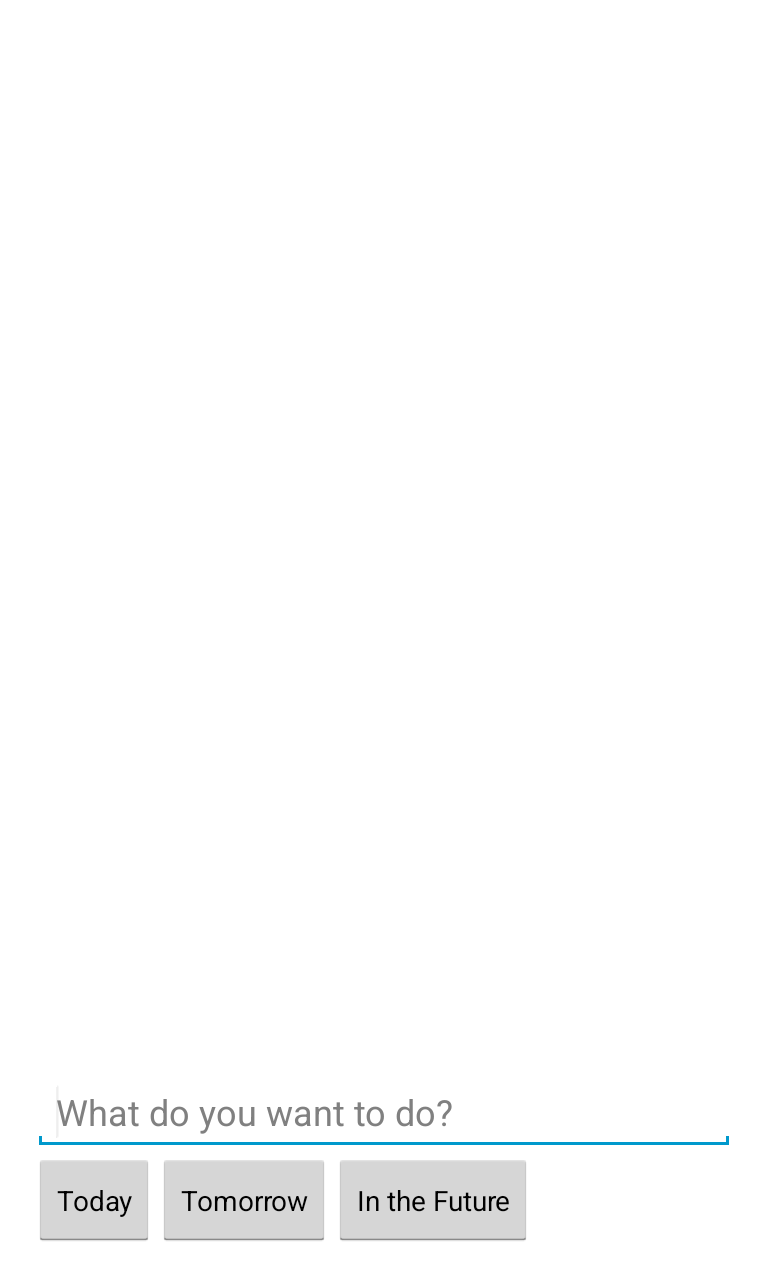
Repository: heatherpriceonline/tapia2014
Layout: Now/res/layout/activity_main.xml
An editor plug-in stored every save of this project. The layout is shown before and after the next save, followed by the edit.
It is drawn on a 768 x 1280 px phone screen (xhdpi) without system bars, with theme AppTheme; the app's code is not run.

Above is the layout before, as saved 2014-02-08 22:05:45.

After the next save:
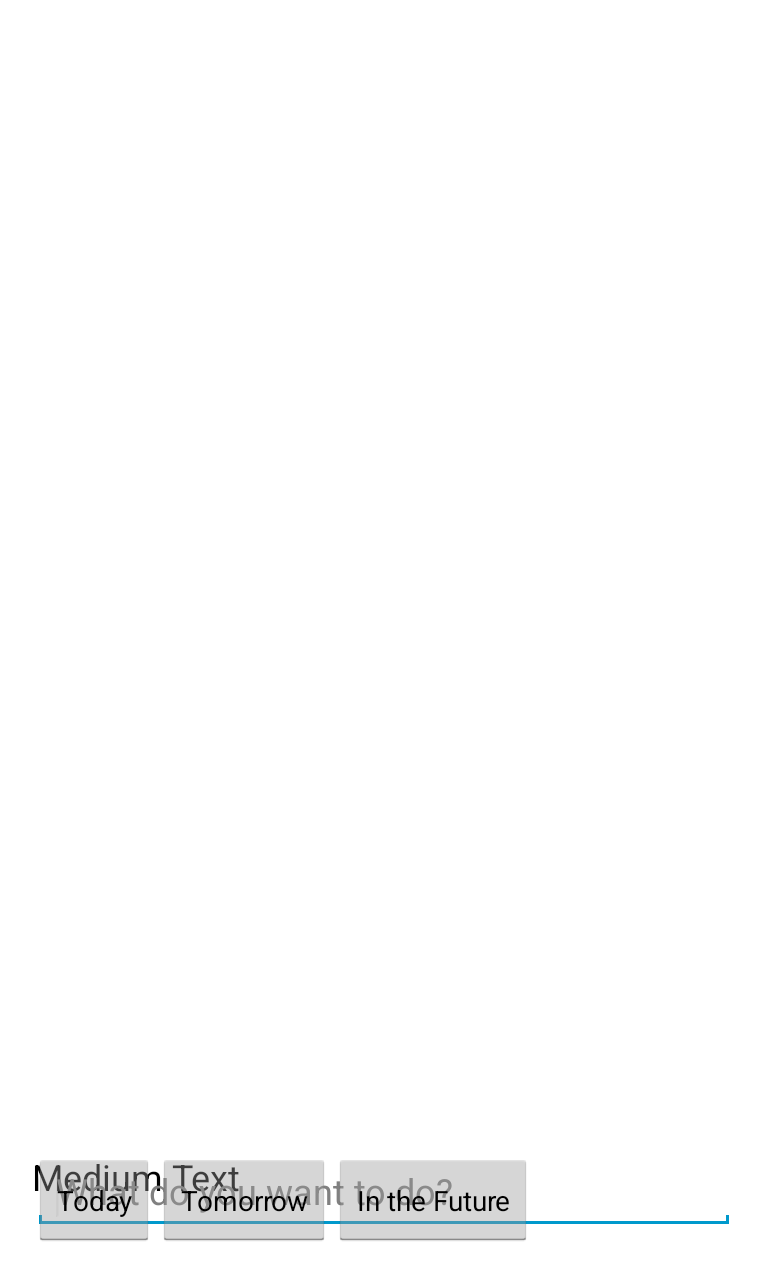
Saved 5 min 52 s later.
--- a/Now/res/layout/activity_main.xml
+++ b/Now/res/layout/activity_main.xml
@@ -31,12 +31,19 @@
                 android:layout_width="match_parent"
                 android:layout_height="match_parent" >
 
-           		<LinearLayout
+           		<RelativeLayout
                     android:id="@+id/Today"
                     android:layout_width="match_parent"
                     android:layout_height="match_parent"
                     android:gravity="bottom"
                     android:orientation="vertical" >
+
+           			<TextView
+           			    android:id="@+id/textView1"
+           			    android:layout_width="wrap_content"
+           			    android:layout_height="wrap_content"
+           			    android:text="Medium Text"
+           			    android:textAppearance="?android:attr/textAppearanceMedium" />
 
                     <EditText
                         android:id="@+id/todoText"
@@ -75,7 +82,7 @@
 
                     </LinearLayout>
 
-				</LinearLayout>
+				</RelativeLayout>
                 <LinearLayout
                     android:id="@+id/Tomorrow"
                     android:layout_width="match_parent"
